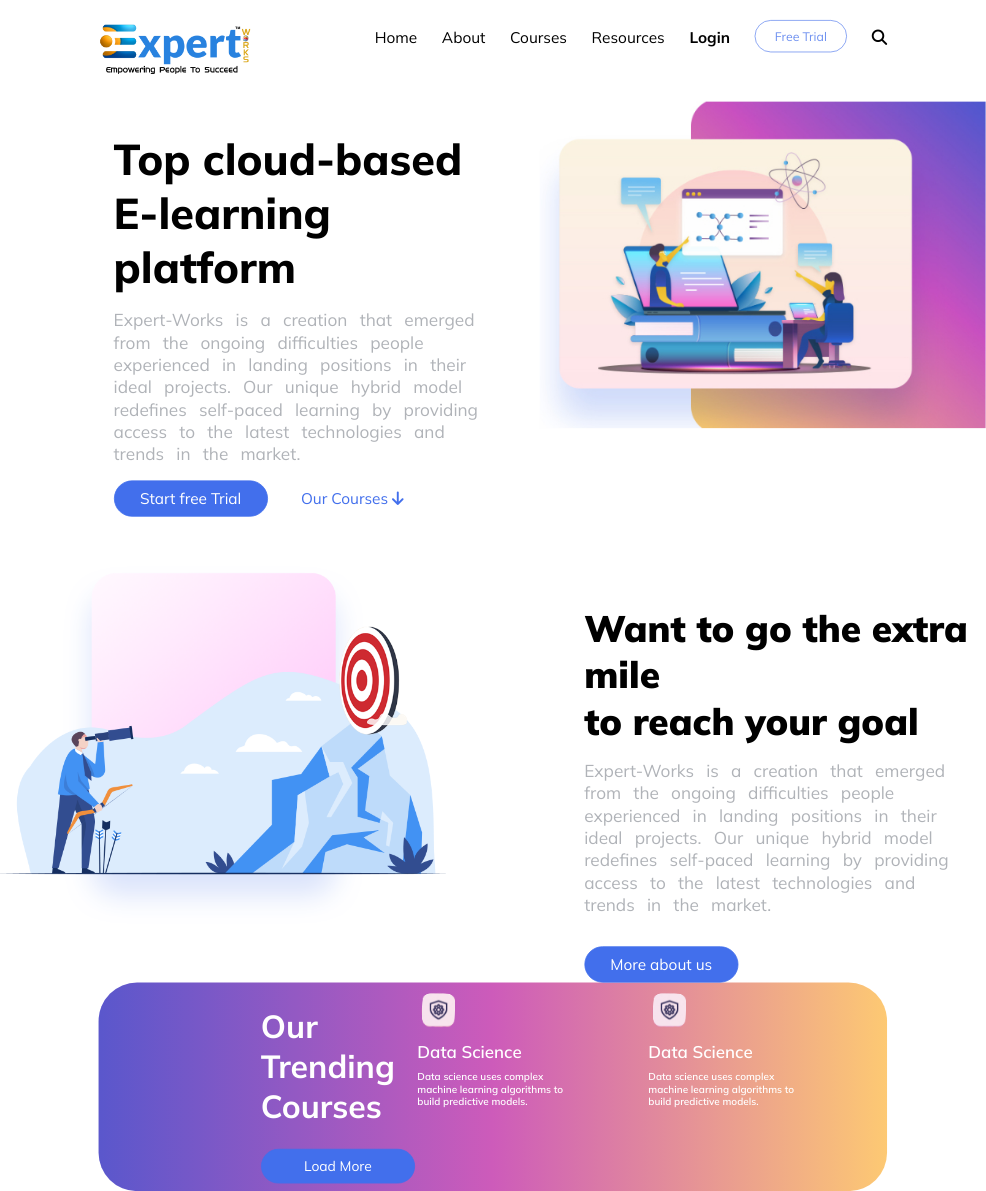
Repository: FlyweisReact/Raghu-B2C
Page: /homePage
These files come from the project's save history. The page is drawn as it stood at one moment and after a run of saves; the edit follows.
The browser window is 1280 px wide. The pictures show the whole page, at 77% of full size.
Some web libraries are served in a nearby version. The project was rebuilt for these pictures with package versions that can differ from the ones it lists, and the page was loaded fresh each time. Also part of the build but not shown: src/Footer/footer.scss, src/Footer/Footer.jsx, src/component/pages/courses/course.scss, src/component/Navbar/nav.scss, src/component/Navbar/Nav.jsx, src/component/navigation/NavItems.js, src/component/navigation/Dropdown.css, src/component/navigation/Dropdown.js and 43 more.

Above is the page before, as saved 2023-02-03 16:13:38.

### public/index.html
<!DOCTYPE html>
<html lang="en">
  <head>
    <meta charset="utf-8" />
    <link rel="icon" href="%PUBLIC_URL%/favicon.ico" />
    <meta name="viewport" content="width=device-width, initial-scale=1" />
    <meta name="theme-color" content="#000000" />
    <meta
      name="description"
      content="Web site created using create-react-app"
    />
    <link rel="apple-touch-icon" href="%PUBLIC_URL%/logo192.png" />
    <link href="https://fonts.googleapis.com/css2?family=Mulish:ital,wght@0,200;0,300;0,400;0,500;0,600;0,700;0,800;0,900;1,200;1,300;1,400;1,500;1,600;1,700;1,800&display=swap" rel="stylesheet">
    <link rel="manifest" href="%PUBLIC_URL%/manifest.json" />
    <title>Educational Web</title>
  </head>
  <body>
    <noscript>You need to enable JavaScript to run this app.</noscript>
    <div id="root"></div>
    <script src="https://kit.fontawesome.com/b533b351e4.js" crossorigin="anonymous"></script>
  </body>
</html>

### src/index.js
/** @format */

import React from "react";
import ReactDOM from "react-dom";
import { BrowserRouter } from "react-router-dom";
import App from "./App";

ReactDOM.render(
  <React.StrictMode>
    <BrowserRouter>
      <App />
    </BrowserRouter>
  </React.StrictMode>,
  document.getElementById("root")
);

### src/App.js
/** @format */

import { Routes, Route } from "react-router-dom";
import "./App.css";
import "./component/common.scss";
import Courses from "./component/pages/courses/Courses";
import Home from "./component/Home";
import Programs from "./component/pages/Programs/Programs";
import Login from "./component/pages/LoginPage/Login";
import CreateAccount from "./component/pages/CreateAccount/CreateAccount";
import UsertakenCourses from "./component/pages/UserTakenCourses/UsertakenCourses";
import ExploreMore from "./component/pages/morecourses/ExploreMore";
import Forgot from "./component/pages/forgotPassword/Forgot";
import OTP from "./component/pages/otp/OTP";
import Reset from "./component/pages/reset/Reset";
import ViewCourses from "./component/pages/viewCourses/ViewCourses";
import SignUpOtp from "./component/pages/signUpOtp/SignUpOtp"
import MyCourse from "./component/pages/Mycourse/MyCourse";
import MyCourseDesc from "./component/pages/Mycourse/MyCourseDesc";
import FreeTrial from "./component/pages/FreeTrial/FreeTrial";
import Subscription from "./component/pages/FreeTrial/Subscription";
import Billing from "./component/pages/FreeTrial/Billing";
import ThankYOu from "./component/pages/FreeTrial/ThankYOu";
import HomePage from "./HomePage";

function App() {
  const user = false;

  return (
    <div className="App">
      <Routes>
        <Route exect path="/" element={<Login />} />
        <Route exect path="/emailVerify" element={<Forgot />} />
        <Route exect path="/otp" element={<OTP />} />
        <Route exect path="/reset" element={<Reset />} />
        <Route exect path="/cources" element={<Courses />} />
        <Route exect path="/viewCourses" element={<ViewCourses />} />
        <Route exect path="/program" element={<Programs />} />
        <Route exect path="/home" element={<Home user={user} />} />
        <Route exect path="/create-acount" element={<CreateAccount />} />
        <Route exect path="/signUpOtp" element={<SignUpOtp />} />
        <Route exect path="/user" element={<UsertakenCourses />} />
        <Route exect path="/explore" element={<ExploreMore />} />
        <Route exect path="/myCourse" element={<MyCourse />} />
        <Route exect path="/myCourse/:id" element={<MyCourseDesc />} />
        <Route  exect path="/trial" element={<FreeTrial />} />
        <Route  exect path="/subscription" element={<Subscription />} />
        <Route  exect path="/billing" element={<Billing />} />
        <Route  exect path="/thank" element={<ThankYOu />} />
        <Route  exect path="/homePage" element={<HomePage />} />





      </Routes>
    </div>
  );
}

export default App;

### src/App.css
*{
  margin: 0;
  padding: 0;
  box-sizing: border-box;
  font-family: 'Mulish', sans-serif;
}
.hello{
  color:#7ABCFF;
color:  #3284D6;
color:  #D1E8FF;

}

### src/component/common.scss
.links{
    text-decoration: none;
    color: #fff;
    overflow-x: hidden;
}

*{
    // overflow-x: hidden;
    scroll-behavior: smooth;
}

### src/HomePage.js
/** @format */

import React from "react";
import "./HomePage.css";
// Images
import img from "./images/logo.png";
import img1 from './images/1st image.png'
import img2 from './images/2nd image.png'
import img3 from './images/Home.png'
import img4 from './images/icon.png'


const HomePage = () => {
  return (
    <>
      <div className="HomeNewnav">
        <div className="left">
          <img src={img} alt="" />
        </div>
        <div className="right">
          <ul>
            <li>Home</li>
            <li>About </li>
            <li>Courses</li>
            <li>Resources</li>
            <li style={{ fontWeight: "bold" }}>Login</li>
            <button>Free Trial</button>
            <li>
              <i class="fa-solid fa-magnifying-glass"></i>
            </li>
          </ul>
        </div>
      </div>

      <div className="mainSecTwo">
        <div className="left">
          <p className="head">
            Top cloud-based <br /> E-learning platform{" "}
          </p>
          <p className="desc">
            Expert-Works is a creation that emerged from the ongoing
            difficulties people experienced in landing positions in their ideal
            projects. Our unique hybrid model redefines self-paced learning by
            providing access to the latest technologies and trends in the
            market.
          </p>
          <div className="btns">
            <button
              style={{
                backgroundColor: "#426fec",
                color: "#fff",
                width: "200px",
                border: "1px solid #426fec",
                fontSize: "20px",
                borderRadius: "50px",
                padding: "10px",
              }}
            >
              Start free Trial
            </button>
            <button
              style={{
                backgroundColor: "#fff",
                color: "#426fec",
                width: "200px",
                border: "none",
                fontSize: "20px",
                borderRadius: "50px",
                padding: "10px",
              }}
            >
              Our Courses <i class="fa-solid fa-arrow-down"></i>
            </button>
          </div>
        </div>
        <div className="right">
          <img
            src={img3}
            alt=""
          />
        </div>
      </div>

      <div className="mainSecTwo2">
        <div className="left">
          <img
            src={img2}
            alt=""
          />
        </div>
        <div className="right">
          <p className="head">
            Want to go the extra mile <br />
            to reach your goal
          </p>
          <p className="desc">
            Expert-Works is a creation that emerged from the ongoing
            difficulties people experienced in landing positions in their ideal
            projects. Our unique hybrid model redefines self-paced learning by
            providing access to the latest technologies and trends in the
            market.
          </p>
          <div className="btns">
            <button
              style={{
                backgroundColor: "#426fec",
                color: "#fff",
                width: "200px",
                border: "1px solid #426fec",
                fontSize: "20px",
                borderRadius: "50px",
                padding: "10px",
              }}
            >
              More about us
            </button>
          </div>
        </div>
      </div>

      <div className="centerMainDiv">
        <div className="left">
          <p className="head">
            Our <br /> Trending <br /> Courses
          </p>{" "}
          <button
            style={{
              backgroundColor: "#426fec",
              color: "#fff",
              width: "200px",
              border: "1px solid #426fec",
              fontSize: "18px",
              borderRadius: "50px",
              padding: "10px",
              marginTop : '30px'
            }}
          >
           Load More
          </button>
        </div>
        <div className="right">
            <div className="group">
                <div>
                    <img src={img4} alt='' />
                    <p className="head">Data Science</p>
                    <p className="desc">Data science uses complex machine learning algorithms to build predictive models.</p>
                </div>
                <div>
                    <img src={img4} alt='' />
                    <p className="head">Data Science</p>
                    <p className="desc">Data science uses complex machine learning algorithms to build predictive models.</p>
                </div>
            </div>
        </div>
      </div>
    </>
  );
};

export default HomePage;

### src/HomePage.css
/** @format */

.HomeNewnav {
  display: flex;
  justify-content: space-between;
  width: 80%;
  margin-left: 10%;
  margin-top: 2%;
}
.HomeNewnav .left img {
  width: 200px;
}
.HomeNewnav .right ul {
  display: flex;
  gap: 2rem;
}
.HomeNewnav .right ul li {
  list-style: none;
  font-size: 20px;
  margin-top: 10px;
}
.HomeNewnav .right ul button {
  width: 120px;
  font-size: 16px;
  margin-top: 0;
  border: 1px solid #6e90f0;
  color: #6e90f0;
  background-color: #fff;

  padding: 10px;
  border-radius: 50px;
}
.HomeNewnav .right ul li:hover {
  color: #6e90f0;
  cursor: pointer;
}

.mainSecTwo {
  display: flex;
  margin-top: 2%;
  gap: 2rem;
  justify-content: space-between;
}
.mainSecTwo .left {
  width: 50%;
  margin-left: 7%;
  margin-top: 3%;
}
.mainSecTwo .right {
  width: 50%;
}
.mainSecTwo .right img {
  width: 100%;
}
.mainSecTwo .left .head {
  font-size: 3.5rem;
  font-weight: 800;
  margin-left: 10%;
}
.mainSecTwo .left .desc {
  width: 500px;
  word-spacing: 10px;
  font-size: 1.4rem;
  margin-top: 20px;
  margin-left: 10%;
  color: #b0b3b8;
}
.mainSecTwo .left .btns {
  display: flex;
  gap: 10px;
  margin-left: 10%;
  margin-top: 20px;
}

.mainSecTwo2 {
  display: flex;
  margin-top: 5%;
  gap: 2rem;
  justify-content: space-between;
}
.mainSecTwo2 .right {
  width: 50%;
  margin-top: 4%;
  margin-left: 7%;
}
.mainSecTwo2 .left {
  width: 50%;
}
.mainSecTwo2 .left img {
  width: 100%;
}
.mainSecTwo2 .right .head {
  font-size: 3rem;
  font-weight: 900;
  margin-left: 10%;
}
.mainSecTwo2 .right .desc {
  width: 500px;
  word-spacing: 10px;
  font-size: 1.4rem;
  margin-top: 20px;
  margin-left: 10%;
  color: #b0b3b8;
}
.mainSecTwo2 .right .btns {
  display: flex;
  gap: 10px;
  margin-left: 10%;
  margin-top: 40px;
}

.centerMainDiv {
  width: 80%;
  background-image: linear-gradient(to right, #5a57cc, #cd5bba, #fdc973);
  margin: auto;
  border-radius: 50px;
  padding: 10px;
  display:  flex;
  justify-content: space-between;
}
.centerMainDiv .left {
    margin-top: 2%;
    color: #fff;
    font-size: 2.6rem;
    font-weight: bold;
    margin-left: 20%;
    width: 40%;
}
.centerMainDiv .right{
    width: 60%;
}
.centerMainDiv .right .group{
    display: flex;
    justify-content: flex-end;
    gap: 2rem,;
}
.centerMainDiv .right .group div{
    width: 300px;
}
.centerMainDiv .right .group div .head{
    color: #fff;
    font-size: 22px;
    margin-top: 10px;
    margin-bottom: 10px;
    font-weight: 600;
}
.centerMainDiv .right .group div .desc{
    color: #fff;
    font-size: 13px;
    max-width: 200px;
    margin-top: 10px;
    margin-bottom: 10px;
    font-weight: 600;
}

Loaded but not shown: src/component/pages/viewCourses/viewCourses.css (no stored copy; drawn as an empty file)

After the next 2 saves:
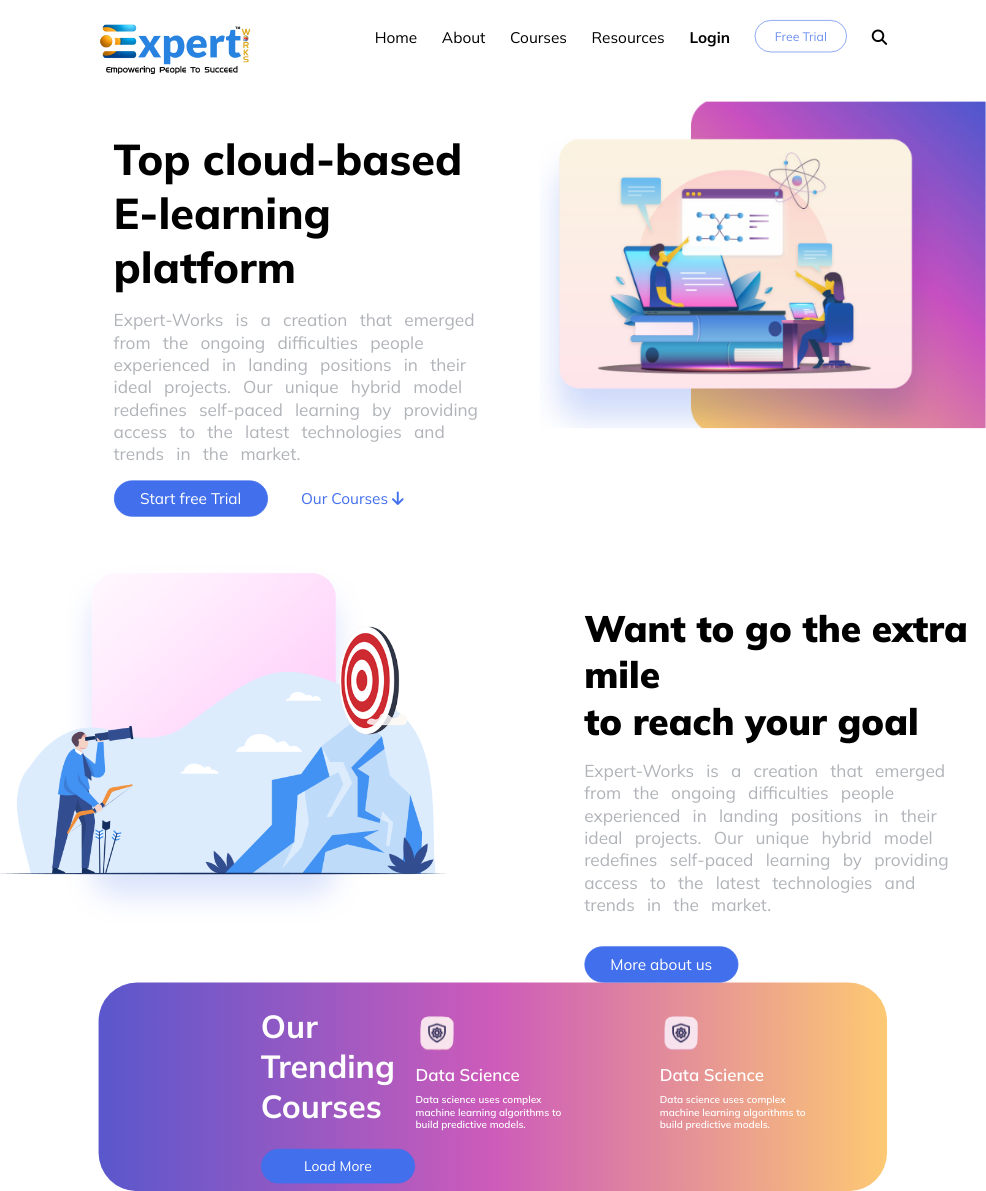
The 2 saves are shown as one change because they came seconds apart.
The last was saved 19 s later.
--- a/src/HomePage.css
+++ b/src/HomePage.css
@@ -132,7 +132,8 @@
 .centerMainDiv .right .group{
     display: flex;
     justify-content: flex-end;
-    gap: 2rem,;
+    gap: 2rem;
+    margin-top: 5%;
 }
 .centerMainDiv .right .group div{
     width: 300px;
